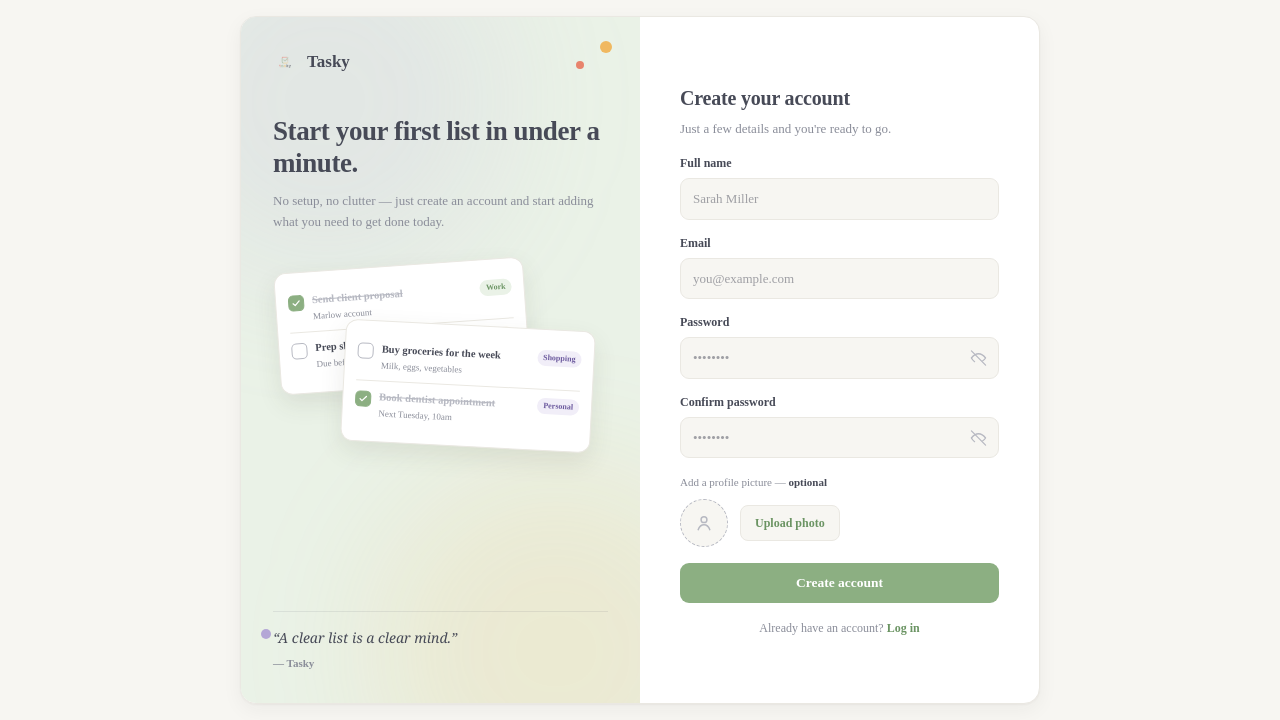
Repository: Anfel-bth/Tasky_
Page: /register (app in task-manager-frontend/)
The author's editor kept a copy of each file at every save. The page is drawn from the files as they stood at one save, then again after the next save.
The browser window is 1280 px wide. The pictures show the whole page.
The project was rebuilt for these pictures with package versions that can differ from the ones it lists, and the page was loaded fresh each time. Also part of the build but not shown: task-manager-frontend/vite.config.js, task-manager-frontend/src/Components/login.jsx, task-manager-frontend/src/Components/Landing.jsx, task-manager-frontend/src/Components/dashboard.jsx.

Above is the page before, as saved 2026-09-02 12:08:58.

### task-manager-frontend/index.html
<!doctype html>
<html lang="en">
  <head>
    <meta charset="UTF-8" />
    <link rel="icon" type="image/svg+xml" href="/favicon.svg" />
    <meta name="viewport" content="width=device-width, initial-scale=1.0" />
    <title>task-manager-frontend</title>
  </head>
  <body>
    <div id="root"></div>
    <script type="module" src="/src/main.jsx"></script>
  </body>
</html>

### task-manager-frontend/src/index.css
@import "tailwindcss";

@import url("https://fonts.googleapis.com/css2?family=Manrope:wght@400;500;600;700;800&display=swap");

body {
  margin: 0;
  font-family: "Manrope", sans-serif;
}

### task-manager-frontend/src/App.jsx
import { createBrowserRouter, RouterProvider } from "react-router-dom";
import Login from "./Components/login.jsx";
import LandingPage from "./Components/Landing.jsx";
import Dashboard from "./Components/dashboard.jsx";
import Register from "./Components/register.jsx";
const router = createBrowserRouter([
  {
    path: "/",
    children: [
      {
        index: true,
        element: <LandingPage />,
      },
      {
        path: "login",
        element: <Login />,
      },
      {
        path: "dashboard",
        element: <Dashboard />,
      },
      {
        path: "register",
        element: <Register />,
      },
    ],
  },
]);
export default function App() {
  return <RouterProvider router={router} />;
}

### task-manager-frontend/src/Components/register.jsx
import React, { useState } from "react";
import logo from "../assets/logo.png";

const Register = () => {
  const [form, setForm] = useState({
    name: "",
    email: "",
    password: "",
    confirmPassword: "",
  });

  const [showPassword, setShowPassword] = useState(false);
  const [showConfirmPassword, setShowConfirmPassword] = useState(false);
  const [profileImage, setProfileImage] = useState(null);
  const [error, setError] = useState("");

  // Handle inputs
  const handleChange = (e) => {
    setForm({
      ...form,
      [e.target.name]: e.target.value,
    });

    setError("");
  };

  // Profile picture
  const handleImageChange = (e) => {
    const file = e.target.files[0];

    if (file) {
      setProfileImage(URL.createObjectURL(file));
    }
  };

  // Simple static validation
  const handleSubmit = (e) => {
    e.preventDefault();

    if (!form.name || !form.email || !form.password || !form.confirmPassword) {
      setError("Please fill in all required fields.");
      return;
    }

    if (form.password !== form.confirmPassword) {
      setError("Passwords do not match.");
      return;
    }

    if (form.password.length < 6) {
      setError("Password must contain at least 6 characters.");
      return;
    }

    setError("");
    alert("Account created successfully!");
  };

  return (
    <div className="min-h-screen bg-[#F7F6F2] px-4 py-4 font-[Manrope] text-[#474A57] sm:px-6">
      {/* =========================
          MAIN CONTAINER
      ========================= */}
      <div className="mx-auto grid min-h-[calc(100vh-32px)] max-w-[800px] overflow-hidden rounded-[16px] border border-[#EAE8E2] bg-white shadow-[0_1px_2px_rgba(40,38,30,0.04),0_6px_20px_rgba(40,38,30,0.05)] lg:grid-cols-2">
        {/* =========================
            LEFT BRAND PANEL
        ========================= */}
        <div className="relative hidden overflow-hidden bg-[#EAF2E7] p-8 lg:flex lg:flex-col">
          {/* Decorative gradients */}
          <div className="absolute -left-24 -top-24 h-[360px] w-[360px] rounded-full bg-[#B4A7D6]/15 blur-3xl" />
          <div className="absolute -bottom-32 -right-24 h-[360px] w-[360px] rounded-full bg-[#F0B860]/15 blur-3xl" />

          {/* Decorative dots */}
          <span className="absolute right-7 top-6 h-3 w-3 rounded-full bg-[#F0B860]" />
          <span className="absolute right-14 top-11 h-2 w-2 rounded-full bg-[#E8836C]" />
          <span className="absolute bottom-16 left-5 h-2.5 w-2.5 rounded-full bg-[#B4A7D6]" />

          {/* Logo */}
          <div className="relative flex items-center gap-2.5">
            <img
              src={logo}
              alt="Tasky"
              className="h-6 w-6 object-contain"
            />

            <span className="text-[17px] font-bold">Tasky</span>
          </div>

          {/* Text */}
          <div className="relative mt-10 max-w-[330px]">
            <h1 className="text-[27px] font-extrabold leading-[1.2] tracking-[-0.015em]">
              Start your first list in under a minute.
            </h1>

            <p className="mt-3 text-[13px] leading-[1.6] text-[#8A8D99]">
              No setup, no clutter — just create an account and start adding
              what you need to get done today.
            </p>
          </div>

          {/* Floating task cards */}
          <div className="relative mt-8 flex-1">
            {/* Card 1 */}
            <div className="absolute left-1 top-0 z-10 w-[250px] -rotate-[4deg] rounded-xl border border-[#EAE8E2] bg-white p-3 shadow-[0_10px_25px_rgba(70,70,50,0.10)]">
              <MiniTask
                completed
                title="Send client proposal"
                description="Marlow account"
                tag="Work"
                tagClass="bg-[#EAF2E7] text-[#6B9463]"
              />

              <MiniTask
                title="Prep slides for team sync"
                description="Due before 2pm"
                tag="Work"
                tagClass="bg-[#FCF1DF] text-[#A8730F]"
              />
            </div>

            {/* Card 2 */}
            <div className="absolute left-[70px] top-[60px] z-20 w-[250px] rotate-[3deg] rounded-xl border border-[#EAE8E2] bg-white p-3 shadow-[0_10px_25px_rgba(70,70,50,0.10)]">
              <MiniTask
                title="Buy groceries for the week"
                description="Milk, eggs, vegetables"
                tag="Shopping"
                tagClass="bg-[#F1EEF8] text-[#6C5A9E]"
              />

              <MiniTask
                completed
                title="Book dentist appointment"
                description="Next Tuesday, 10am"
                tag="Personal"
                tagClass="bg-[#F1EEF8] text-[#6C5A9E]"
              />
            </div>
          </div>

          {/* Quote */}
          <div className="relative mt-auto border-t border-[#474A57]/10 pt-4">
            <p className="font-serif text-[14px] italic leading-[1.45]">
              “A clear list is a clear mind.”
            </p>

            <span className="mt-1.5 block text-[11px] font-semibold text-[#8A8D99]">
              — Tasky
            </span>
          </div>
        </div>

        {/* =========================
            RIGHT FORM PANEL
        ========================= */}
        <div className="flex items-center justify-center px-5 py-6 sm:px-8 lg:px-10">
          <div className="w-full max-w-[320px]">
            {/* Header */}
            <div>
              <h2 className="text-[20px] font-extrabold tracking-[-0.01em]">
                Create your account
              </h2>

              <p className="mt-1.5 text-[13px] text-[#8A8D99]">
                Just a few details and you're ready to go.
              </p>
            </div>

            <form onSubmit={handleSubmit}>
              {/* Full name */}
              <div className="mt-4">
                <label className="mb-1.5 block text-[12px] font-bold">
                  Full name
                </label>

                <input
                  type="text"
                  name="name"
                  value={form.name}
                  onChange={handleChange}
                  placeholder="Sarah Miller"
                  className="w-full rounded-[9px] border-[1.4px] border-[#EAE8E2] bg-[#F7F6F2] px-3 py-2.5 text-[13px] outline-none transition focus:border-[#8CAF82] focus:bg-white focus:ring-[3px] focus:ring-[#EAF2E7]"
                />
              </div>

              {/* Email */}
              <div className="mt-3.5">
                <label className="mb-1.5 block text-[12px] font-bold">
                  Email
                </label>

                <input
                  type="email"
                  name="email"
                  value={form.email}
                  onChange={handleChange}
                  placeholder="you@example.com"
                  className="w-full rounded-[9px] border-[1.4px] border-[#EAE8E2] bg-[#F7F6F2] px-3 py-2.5 text-[13px] outline-none transition focus:border-[#8CAF82] focus:bg-white focus:ring-[3px] focus:ring-[#EAF2E7]"
                />
              </div>

              {/* Password */}
              <div className="mt-3.5">
                <label className="mb-1.5 block text-[12px] font-bold">
                  Password
                </label>

                <div className="relative">
                  <input
                    type={showPassword ? "text" : "password"}
                    name="password"
                    value={form.password}
                    onChange={handleChange}
                    placeholder="••••••••"
                    className="w-full rounded-[9px] border-[1.4px] border-[#EAE8E2] bg-[#F7F6F2] px-3 py-2.5 pr-10 text-[13px] outline-none transition focus:border-[#8CAF82] focus:bg-white focus:ring-[3px] focus:ring-[#EAF2E7]"
                  />

                  <button
                    type="button"
                    onClick={() => setShowPassword(!showPassword)}
                    className="absolute right-3 top-1/2 -translate-y-1/2 text-[#B7B9C2] transition hover:text-[#6B9463]"
                  >
                    <EyeIcon visible={showPassword} />
                  </button>
                </div>
              </div>

              {/* Confirm password */}
              <div className="mt-3.5">
                <label className="mb-1.5 block text-[12px] font-bold">
                  Confirm password
                </label>

                <div className="relative">
                  <input
                    type={showConfirmPassword ? "text" : "password"}
                    name="confirmPassword"
                    value={form.confirmPassword}
                    onChange={handleChange}
                    placeholder="••••••••"
                    className="w-full rounded-[9px] border-[1.4px] border-[#EAE8E2] bg-[#F7F6F2] px-3 py-2.5 pr-10 text-[13px] outline-none transition focus:border-[#8CAF82] focus:bg-white focus:ring-[3px] focus:ring-[#EAF2E7]"
                  />

                  <button
                    type="button"
                    onClick={() =>
                      setShowConfirmPassword(!showConfirmPassword)
                    }
                    className="absolute right-3 top-1/2 -translate-y-1/2 text-[#B7B9C2] transition hover:text-[#6B9463]"
                  >
                    <EyeIcon visible={showConfirmPassword} />
                  </button>
                </div>
              </div>

              {/* Profile picture */}
              <div className="mt-4">
                <p className="mb-2 text-[11px] text-[#8A8D99]">
                  Add a profile picture —{" "}
                  <b className="font-bold text-[#474A57]">optional</b>
                </p>

                <div className="flex items-center gap-3">
                  {/* Avatar */}
                  <div className="flex h-12 w-12 shrink-0 items-center justify-center overflow-hidden rounded-full border-[1.4px] border-dashed border-[#B7B9C2] bg-[#F7F6F2]">
                    {profileImage ? (
                      <img
                        src={profileImage}
                        alt="Profile preview"
                        className="h-full w-full object-cover"
                      />
                    ) : (
                      <UserIcon />
                    )}
                  </div>

                  {/* Upload */}
                  <label className="cursor-pointer rounded-lg border-[1.4px] border-[#EAE8E2] bg-[#F7F6F2] px-3.5 py-2 text-[12px] font-bold text-[#6B9463] transition hover:bg-[#EAF2E7]">
                    Upload photo

                    <input
                      type="file"
                      accept="image/*"
                      onChange={handleImageChange}
                      className="hidden"
                    />
                  </label>
                </div>
              </div>

              {/* Error */}
              {error && (
                <div className="mt-3 rounded-lg bg-[#FBEBE6] px-3 py-2 text-center text-[11.5px] font-semibold text-[#E8836C]">
                  {error}
                </div>
              )}

              {/* Submit */}
              <button
                type="submit"
                className="mt-4 w-full rounded-[9px] bg-[#8CAF82] py-2.5 text-[13.5px] font-bold text-white transition-all duration-200 hover:-translate-y-[1px] hover:bg-[#6B9463]"
              >
                Create account
              </button>

              {/* Static login text — NO LINK */}
              <div className="mt-4 text-center text-[12px] text-[#8A8D99]">
                Already have an account?{" "}
                <a
                  href="/login"
                  className="font-bold text-[#6B9463] hover:text-[#474A57]"
                >
                  Log in
                </a>
              </div>
            </form>
          </div>
        </div>
      </div>
    </div>
  );
};


/* =====================================================
   MINI TASK COMPONENT
===================================================== */

const MiniTask = ({
  completed = false,
  title,
  description,
  tag,
  tagClass,
}) => {
  return (
    <div className="flex items-start gap-2 border-t border-[#EAE8E2] py-2 first:border-t-0">
      {/* Checkbox */}
      <div
        className={`mt-0.5 flex h-4 w-4 shrink-0 items-center justify-center rounded-[5px] border ${
          completed
            ? "border-[#8CAF82] bg-[#8CAF82]"
            : "border-[#B7B9C2]"
        }`}
      >
        {completed && (
          <svg
            viewBox="0 0 16 16"
            fill="none"
            className="h-2.5 w-2.5"
          >
            <path
              d="M3 8.5L6.2 11.5L13 4.5"
              stroke="white"
              strokeWidth="2"
              strokeLinecap="round"
              strokeLinejoin="round"
            />
          </svg>
        )}
      </div>

      {/* Text */}
      <div className="min-w-0 flex-1">
        <div
          className={`text-[10.5px] font-bold ${
            completed
              ? "text-[#B7B9C2] line-through"
              : "text-[#474A57]"
          }`}
        >
          {title}
        </div>

        <div className="mt-0.5 text-[9px] text-[#8A8D99]">
          {description}
        </div>
      </div>

      {/* Tag */}
      <span
        className={`rounded-full px-1.5 py-0.5 text-[8px] font-bold ${tagClass}`}
      >
        {tag}
      </span>
    </div>
  );
};


/* =====================================================
   EYE ICON
===================================================== */

const EyeIcon = ({ visible }) => {
  return visible ? (
    <svg
      viewBox="0 0 24 24"
      fill="none"
      stroke="currentColor"
      strokeWidth="1.8"
      className="h-[17px] w-[17px]"
    >
      <path d="M1 12s4-7 11-7 11 7 11 7-4 7-11 7-11-7-11-7z" />
      <circle cx="12" cy="12" r="3" />
    </svg>
  ) : (
    <svg
      viewBox="0 0 24 24"
      fill="none"
      stroke="currentColor"
      strokeWidth="1.8"
      className="h-[17px] w-[17px]"
    >
      <path
        d="M2 12c3-4 6-6 10-6s7 2 10 6c-1.2 1.7-2.5 3-4 4"
        strokeLinecap="round"
        strokeLinejoin="round"
      />

      <path
        d="M6.5 17.2C4.7 16 3.2 14.3 2 12"
        strokeLinecap="round"
        strokeLinejoin="round"
      />

      <path
        d="M2 2l20 20"
        strokeLinecap="round"
      />
    </svg>
  );
};


/* =====================================================
   USER ICON
===================================================== */

const UserIcon = () => {
  return (
    <svg
      viewBox="0 0 24 24"
      fill="none"
      stroke="currentColor"
      strokeWidth="1.8"
      className="h-5 w-5 text-[#B7B9C2]"
    >
      <circle cx="12" cy="8" r="3.5" />

      <path
        d="M5 20c1.4-3.8 4.4-6 7-6s5.6 2.2 7 6"
        strokeLinecap="round"
      />
    </svg>
  );
};

export default Register;

Loaded but not shown: task-manager-frontend/src/main.jsx (common file)

After the next save:
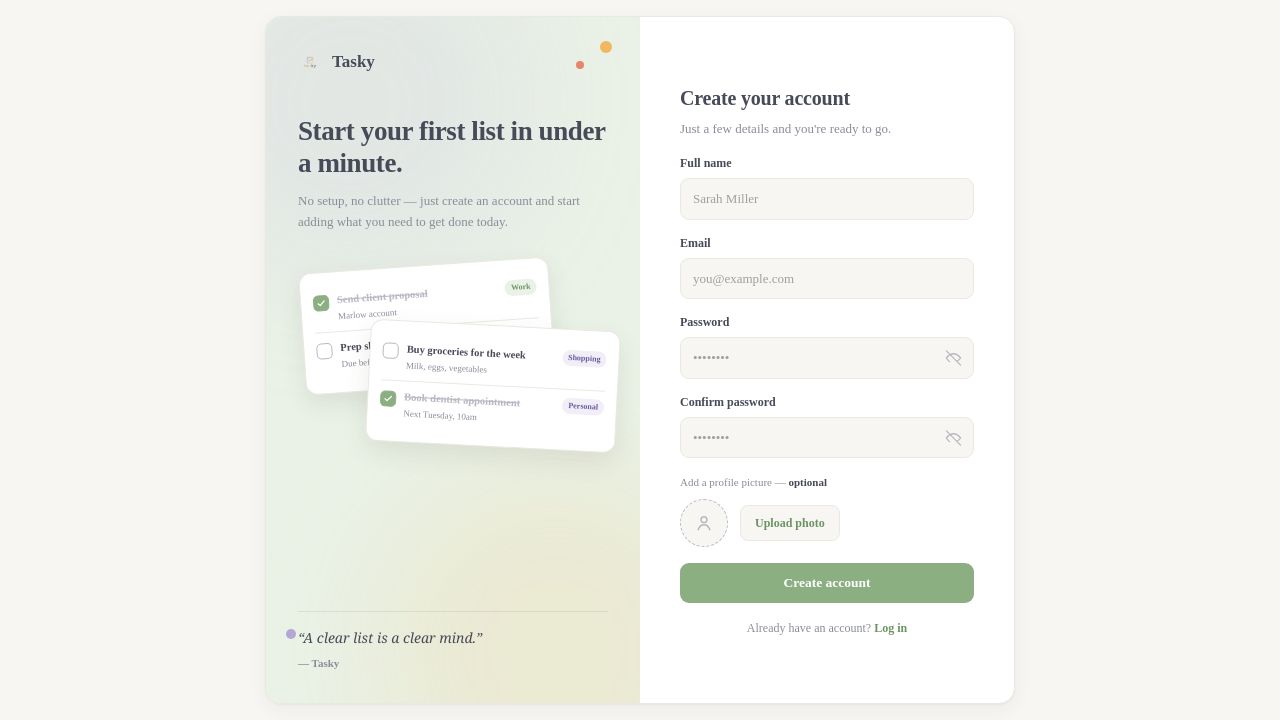
Saved 66 s later.
--- a/task-manager-frontend/src/Components/register.jsx
+++ b/task-manager-frontend/src/Components/register.jsx
@@ -61,7 +61,7 @@ const Register = () => {
       {/* =========================
           MAIN CONTAINER
       ========================= */}
-      <div className="mx-auto grid min-h-[calc(100vh-32px)] max-w-[800px] overflow-hidden rounded-[16px] border border-[#EAE8E2] bg-white shadow-[0_1px_2px_rgba(40,38,30,0.04),0_6px_20px_rgba(40,38,30,0.05)] lg:grid-cols-2">
+      <div className="mx-auto grid min-h-[calc(100vh-32px)] max-w-[750px] overflow-hidden rounded-[16px] border border-[#EAE8E2] bg-white shadow-[0_1px_2px_rgba(40,38,30,0.04),0_6px_20px_rgba(40,38,30,0.05)] lg:grid-cols-2">
         {/* =========================
             LEFT BRAND PANEL
         ========================= */}
